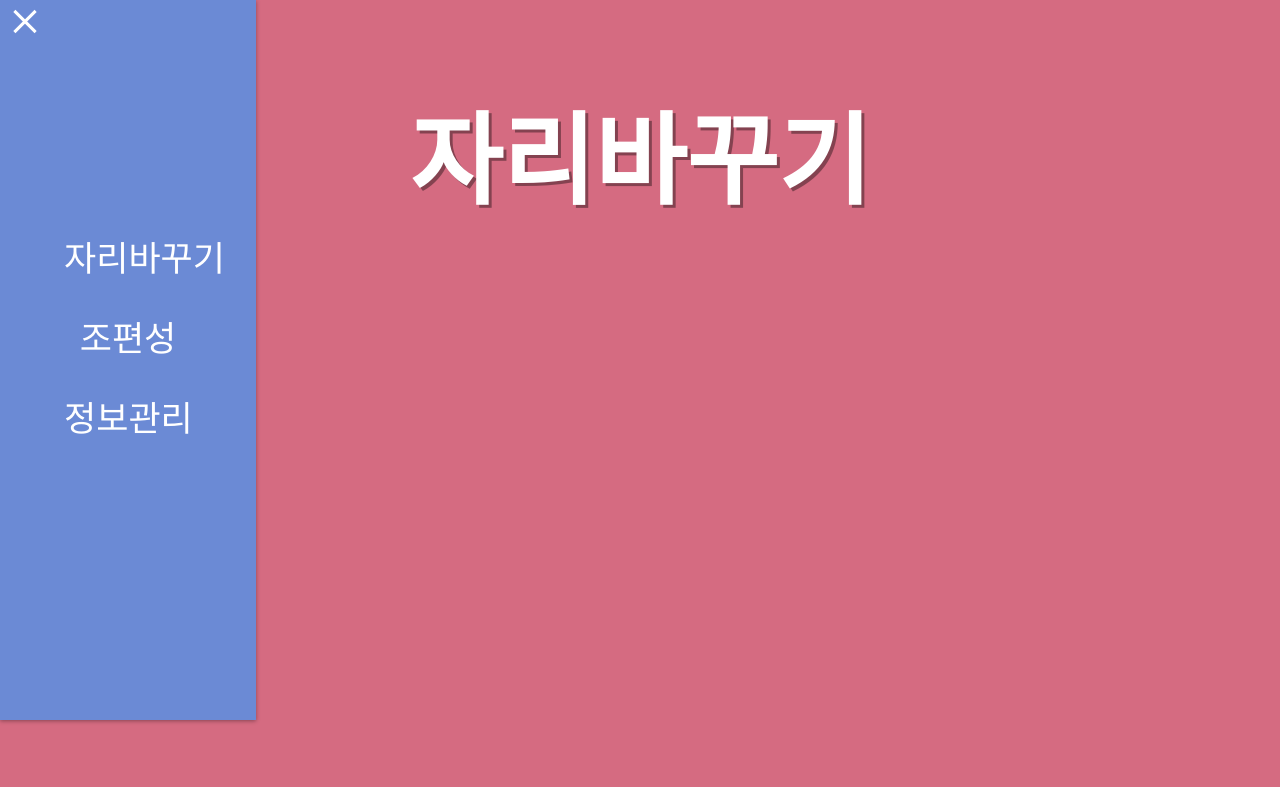
Repository: se-yoo/ChangeSeat
Page: http://localhost/ChangeSeat/main.jsp
These files come from the project's save history. The page is drawn as it stood at one moment and after the next save; the edit follows.
The browser window is 1280 px wide. The pictures show the whole page.
After loading, the first visible `div.wrap` was clicked once.
Some web libraries are served in a nearby version. The page is served by Tomcat 9.

Above is the page before, as saved 2018-06-25 05:25:14.

### ChangeSeat/WebContent/main.jsp
<%@ page language="java" contentType="text/html; charset=UTF-8"
    pageEncoding="UTF-8"%>
<jsp:forward page="templateTest.jsp">
	<jsp:param name="CONTENTPAGE" value="changeIndex.jsp"/>
</jsp:forward>

### ChangeSeat/WebContent/templateTest.jsp
<%@ page language="java" contentType="text/html; charset=UTF-8"
    pageEncoding="UTF-8"%>
<!DOCTYPE html>
<html>
<head>
<meta charset="UTF-8">
<title>자리바꾸기</title>
<meta name="viewport" content="width=device-width, initial-scale=1">
 <title>Side Menu</title>
 <link rel="stylesheet" href="style.css">
 <link href='https://fonts.googleapis.com/css?family=Pacifico' rel='stylesheet' type='text/css'>
 <script src="//ajax.googleapis.com/ajax/libs/jquery/1.6.1/jquery.min.js" type="text/javascript"></script>
 <script>
$(document).ready(function(){
  /*
  $(".first").mouseover(function(){
    $(".second").css("background-color", '#6b81d5');
    $(".first").css("background-color", '#D56B81');

  });
  $(".second").mouseover(function(){
    $(".second").css("background-color", '#8a6bd5');
    $(".first").css("background-color", '#6bd5bf');

  });
  */
  $(".wrap").click(function(){
    $(".top").toggleClass("addedtop");
    $(".mid").toggleClass("addedmid");
    $(".bot").toggleClass("addedbot");
$(".side").toggleClass("triggered");
    $(".sidebtn").toggleClass("sideopacity");


  });

}); //final
</script>
</head>
<body>
<%
	String contentpage=request.getParameter("CONTENTPAGE");
%>
  <div class="wrap">
<span class="line top"></span>
  <span class="line mid"></span>
  <span class="line bot"></span>
  </div>
  <div class="side">
    <a href="#" class="sidebtn">자리바꾸기</a>
    <a href="#" class="sidebtn">조편성</a>
    <a href="#" class="sidebtn">정보관리</a>
  </div>
  <jsp:include page="<%= contentpage %>"></jsp:include>
</body>
</html>

### ChangeSeat/WebContent/changeIndex.jsp
<%@ page language="java" contentType="text/html; charset=UTF-8"
    pageEncoding="UTF-8"%>
<!DOCTYPE html>
<html>
<head>
<meta content="text/html; charset=UTF-8">
<title></title>
</head>
<body>
	<h1 class="header">
    	자리바꾸기
  	</h1>
</body>
</html>

### ChangeSeat/WebContent/style.css
@CHARSET "UTF-8";
body {
  font-family: "roboto", sans-serif;
  background-color:#D56B81;
  margin: 0;
  padding: 0;
}
html,body {
 height:100%;
}
.line {
 display: block;
  height:3px;
  width:30px;
  background-color:white;
  margin-top:5px;
  position: absolute;
  top:0;

  transition: all .4s ease-in-out;
}
.wrap {
 height:80px;
  position: relative;
  top:5px;
  left:10px;
  width: 30px;
  z-index: +150;
  cursor: pointer;
  height:30px;
  position: fixed;
}

.mid {
 top:10px;
}
.bot {
top:20px;
}

.addedmid {
  transform: rotate(135deg);
}
.addedtop {
  transform: rotate(45deg);
  top:10px;
}
.addedbot {
 opacity: 0;
}
.side {
 width:20%;
  position: fixed;
  height:100%;
  text-align: center;
  left:-20%;
  z-index: 80;
  box-shadow: 0 1px 4px 0 rgba(0,0,0,0.37);
  top:0;
  background-color: #6b8ad5;
  transition: all .5s ease-in-out;
}
.sidebtn {
 text-decoration: none;
  display: block;
  color:white;
  font-family: 'pacifico';
  font-size:35px;
  opacity:0;
  width:50%;
  position: relative;
  left:25%;
  top:30%;
  white-space: nowrap;
  line-height:80px;
  transition:all .25s ease-in-out;

}
.sideopacity  {
 opacity: 1;
  transition: all 1s ease-in-out;
}
.sidebtn:hover {
  text-shadow: 2px 2px rgba(0, 0, 0, 0.38);
}
.triggered {
 left:0;
}
.sidebtn::after {
 content: '';
  position: absolute;
  bottom:0;
  left:50%;
  width:0%;
  height:5px;
  background-color: white;
  transition: all .3s ease-out;
}
.sidebtn:hover::after {
 width: 100%;
  left:0;
  box-shadow: 2px 2px rgba(0, 0, 0, 0.38);
}
.header {
  font-family:'pacifico';
  color:white;
  font-size:100px;
  top:30%;
  text-align:center;
  cursor: default;
  transition: all .4s ease-in-out;
  text-shadow: 3px 3px rgba(0, 0, 0, 0.38);
}

After the next save:
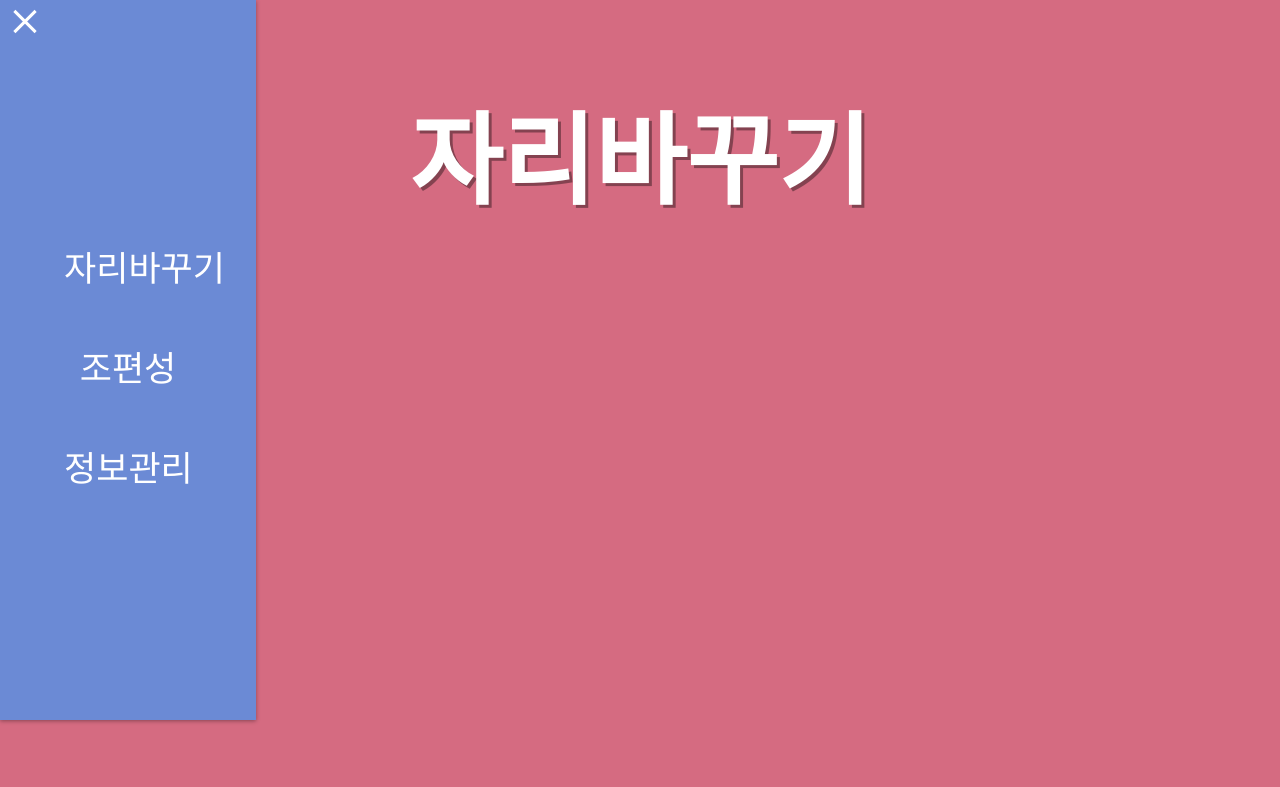
Saved 8 s later.
--- a/ChangeSeat/WebContent/style.css
+++ b/ChangeSeat/WebContent/style.css
@@ -72,7 +72,7 @@ top:20px;
   left:25%;
   top:30%;
   white-space: nowrap;
-  line-height:80px;
+  line-height:100px;
   transition:all .25s ease-in-out;
 
 }
